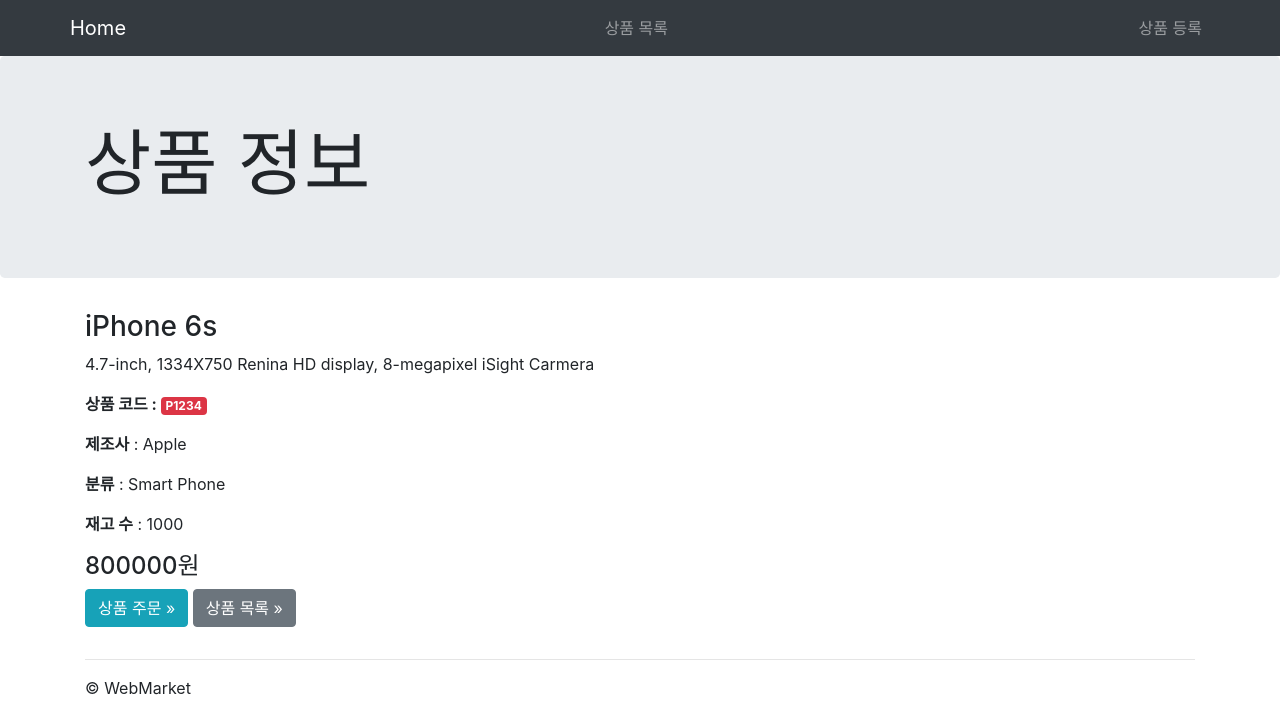
Repository: lhj257/jspwrokspace
Page: http://localhost/WebMarket/product.jsp?id=P1234
An editor plug-in stored every save of this project. The page is shown before and after the next save, followed by the edit.
The browser window is 1280 px wide. The pictures show the whole page.
The page is served by Tomcat 9. Nobody is signed in. The application's start-up code is not run.

Above is the page before, as saved 2023-08-28 01:20:45.

After the next save:
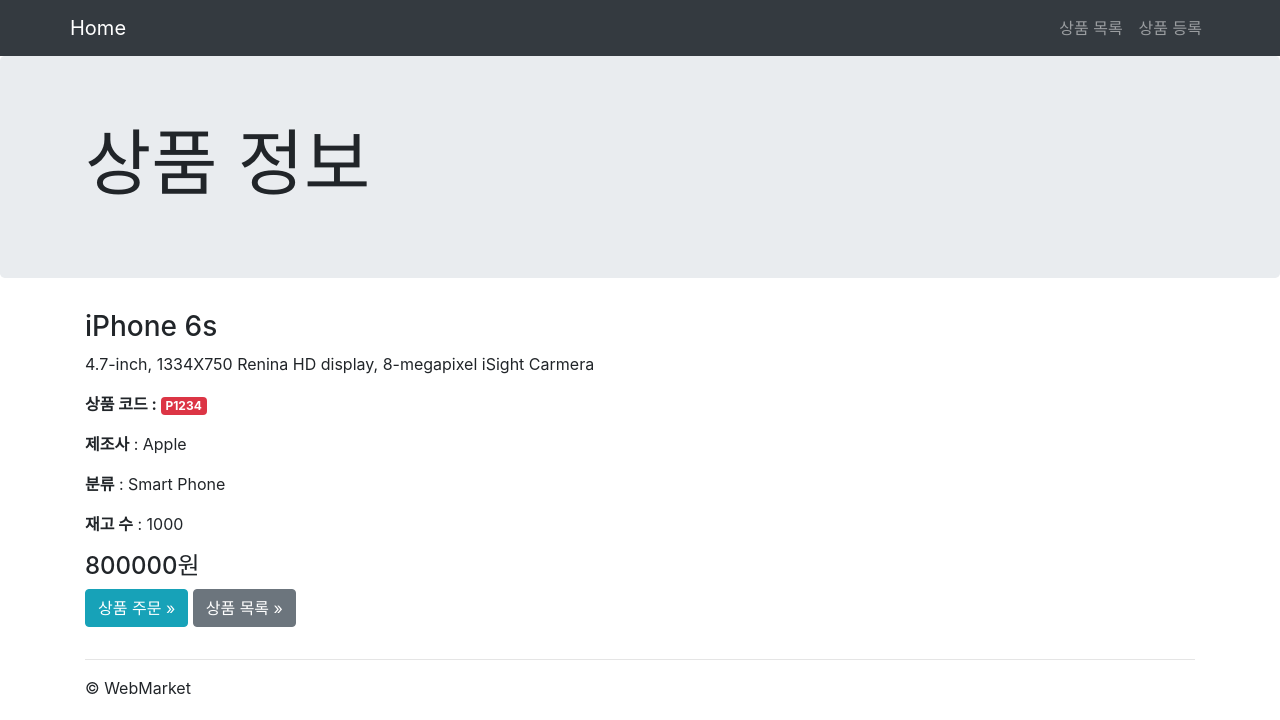
Saved 58 s later.
--- a/WebMarket/src/main/webapp/menu.jsp
+++ b/WebMarket/src/main/webapp/menu.jsp
@@ -8,12 +8,9 @@
 		<div>
 			<ul class="navbar-nav mr-auto">
 				<li class="nav-item"><a class="nav-link" href="./products.jsp">상품 목록</a></li>
+				<li class="nav-item"><a class="nav-link" href="./products.jsp">상품 등록</a></li>
 			</ul>
 		</div>
-		<div>
-			<ul class="navbar-nav mr-auto">
-				<li class="nav-item"><a class="nav-link" href="./addProduct.jsp">상품 등록</a></li>
-			</ul>
-		</div>
+
 	</div>
 </nav>
